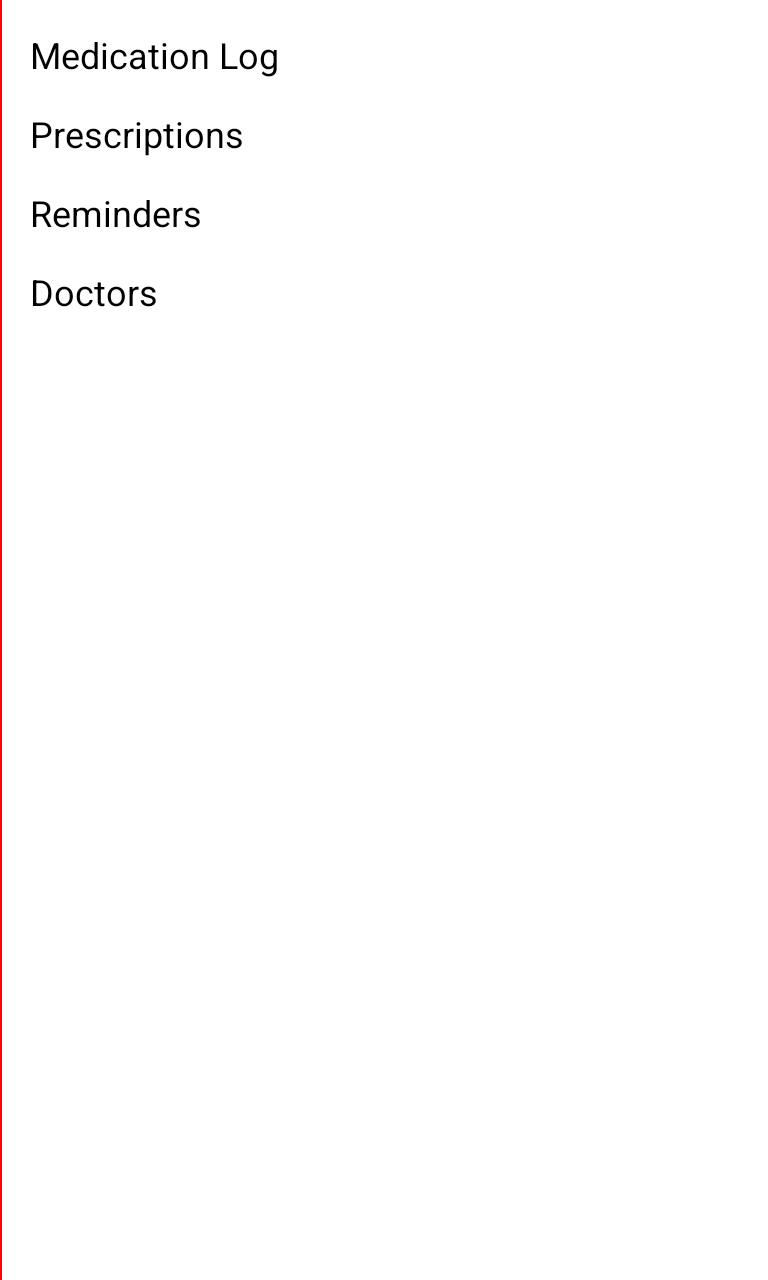
Repository: ranika/pilltracker
Layout: PillTracker/res/layout/fragment_main.xml
These files come from the project's save history. The layout is drawn as it stood at one moment and after the next save; the edit follows.
It is drawn on a 768 x 1280 px phone screen (xhdpi) without system bars, with theme AppTheme; the app's code is not run.

Above is the layout before, as saved 2014-04-10 02:38:35.

After the next save:
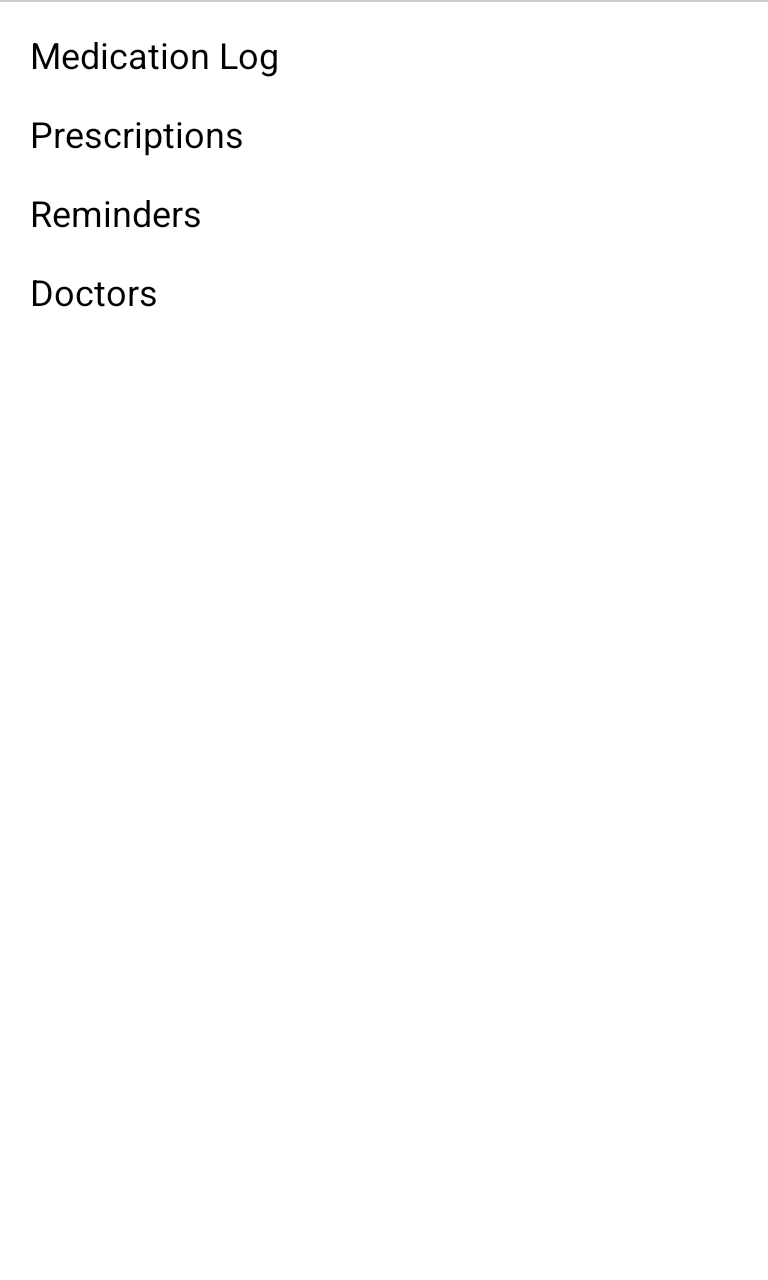
Saved 37 s later.
--- a/PillTracker/res/layout/fragment_main.xml
+++ b/PillTracker/res/layout/fragment_main.xml
@@ -43,8 +43,10 @@
         android:text="@string/doctors"
         android:textAppearance="?android:attr/textAppearanceMedium" />
 
-    <View android:layout_width="1dip"
-    android:layout_height="fill_parent"
-android:background="#FF0000" />
+    <View
+    android:layout_width="fill_parent"
+    android:layout_height="1dp"
+    android:background="#cccccc"
+    android:paddingTop="20dp" />
 
 </RelativeLayout>
